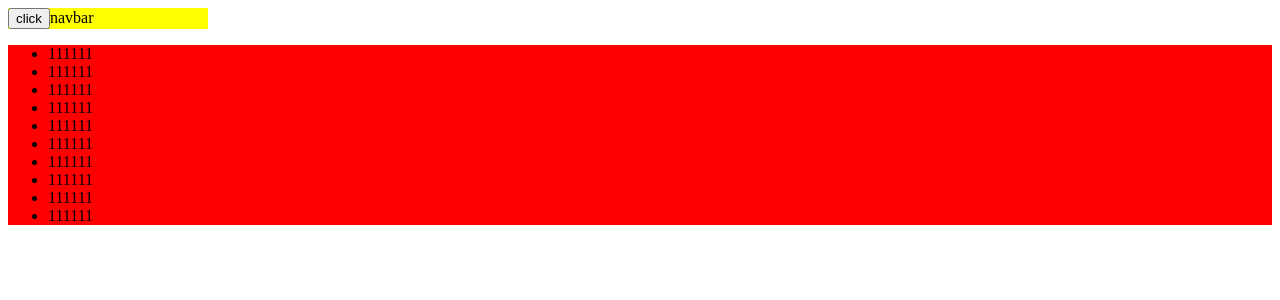
Repository: zenghao518518/React
Page: /
The author's editor kept a copy of each file at every save. The page is drawn from the files as they stood at one save, then again after the next save.
The browser window is 1280 px wide. The pictures show the whole page.
The project was rebuilt for these pictures with package versions that can differ from the ones it lists, and the page was loaded fresh each time.

Above is the page before, as saved 2023-08-02 13:59:50.

After the next save:
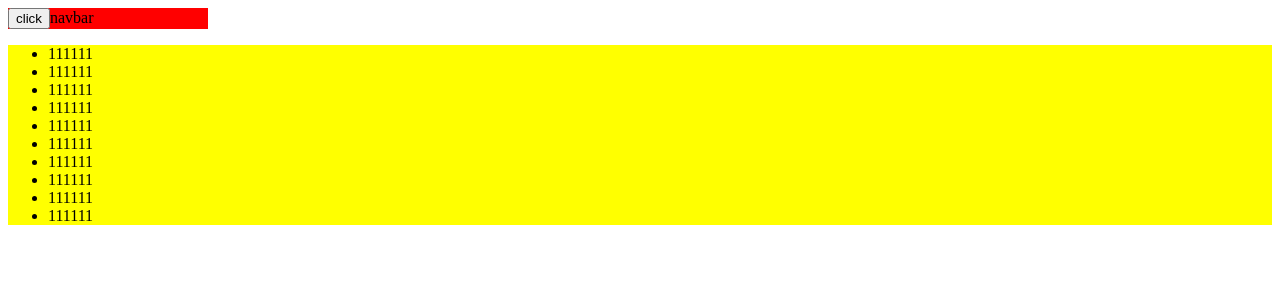
Saved 48 s later.
--- a/src/02-advanced/01-子传父.js
+++ b/src/02-advanced/01-子传父.js
@@ -3,7 +3,7 @@ import React, { Component } from "react";
 class Navbar extends Component {
   render() {
     return (
-      <div style={{ background: "yellow",width:"200px" }}>
+      <div style={{ background: "red",width:"200px" }}>
           <button>click</button>
           <span>navbar</span>
       </div>
@@ -14,7 +14,7 @@ class Navbar extends Component {
 class Sidebar extends Component {
     render() {
       return (
-        <div style={{ background: "red" }}>
+        <div style={{ background: "yellow" }}>
 
           <ul>
             <li>111111</li>
